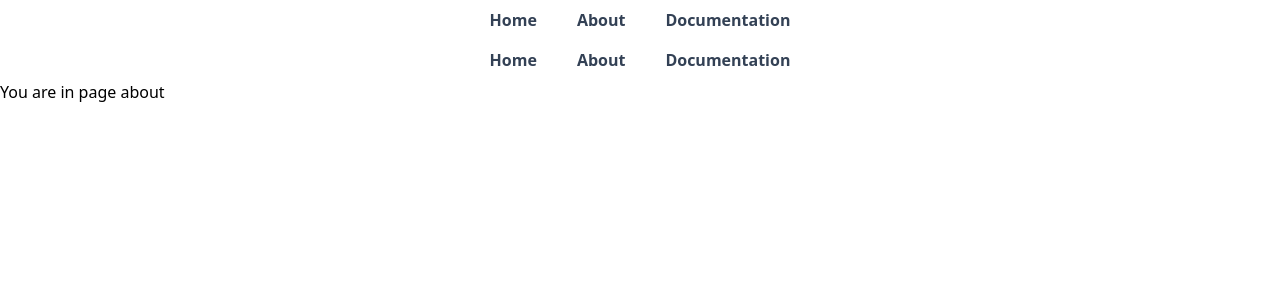
Repository: my-code-pot/courseview
Page: /about
An editor plug-in stored every save of this project. The page is shown before and after the next save, followed by the edit.
The browser window is 1280 px wide. The pictures show the whole page.
The project was rebuilt for these pictures with package versions that can differ from the ones it lists, and the page was loaded fresh each time. The framework's server and built-in components were replaced by stand-ins that run in the browser. Also part of the build but not shown: next.config.js.

Above is the page before, as saved 2022-02-06 21:43:11.

### pages/_app.js
import Layout from "../components/Layout";
import "../styles/global.css";
import { createGlobalStyle, ThemeProvider } from "styled-components";

const GlobalStyle = createGlobalStyle`
  body {
    margin: 0;
    padding: 0;
    box-sizing: border-box;
  }
`;

const theme = {
  colors: {
    primary: "#0070f3",
  },
};

function MyApp({ Component, pageProps }) {
  return (
    <>
      <GlobalStyle />
      <ThemeProvider theme={theme}>
        <Layout>
        <Component {...pageProps} />
        </Layout>
      </ThemeProvider>
    </>
  );
}

export default MyApp;

### pages/[course]/index.js
import React from 'react';
import { useRouter } from 'next/router';
import Navbar from '../../components/Navbar';

const index = () => {
    const router = useRouter();
    const { course } = router.query;
  return <div>
      <Navbar />
      You are in page {course}
  </div>;
};

export async function getStaticPath() {
    pages = ["34", "35", "36"];
    return pages.map(item => ({
        params: {
            course: item
        },
        fallback: false
    }));
}

export default index;

### components/Layout.js
import React from 'react';
import Navbar from './Navbar'
import Footer from './Footer'

const Layout = ({children}) => {
  return (
    <div>
        <Navbar />
        {children}
        <Footer />
    </div>
  )
};

export default Layout;

### styles/global.css

@import "tailwindcss/tailwind.css";

@import "tailwindcss/base";
@import "tailwindcss/components";
@import "tailwindcss/utilities";

### components/Navbar.js
import React from "react";
import styled from "styled-components";
import Link from "next/link";

const Navbar = () => {
  return (
    <nav className="flex justify-center space-x-4">
      <Link href="/">
        <a
          href=""
          className="font-bold px-3 py-2 text-slate-700 rounded-lg hover:bg-slate-100 hover:text-slate-900"
        >
          Home
        </a>
      </Link>
      <a
        href="/about"
        className="font-bold px-3 py-2 text-slate-700 rounded-lg hover:bg-slate-100 hover:text-slate-900"
      >
        About
      </a>
      <a
        href="/doc"
        className="font-bold px-3 py-2 text-slate-700 rounded-lg hover:bg-slate-100 hover:text-slate-900"
      >
        Documentation
      </a>
    </nav>
  );
};

export default Navbar;

Loaded but not shown: pages/_document.js (common file); components/Footer.js (common file); tailwind.config.js (common file)

After the next save:
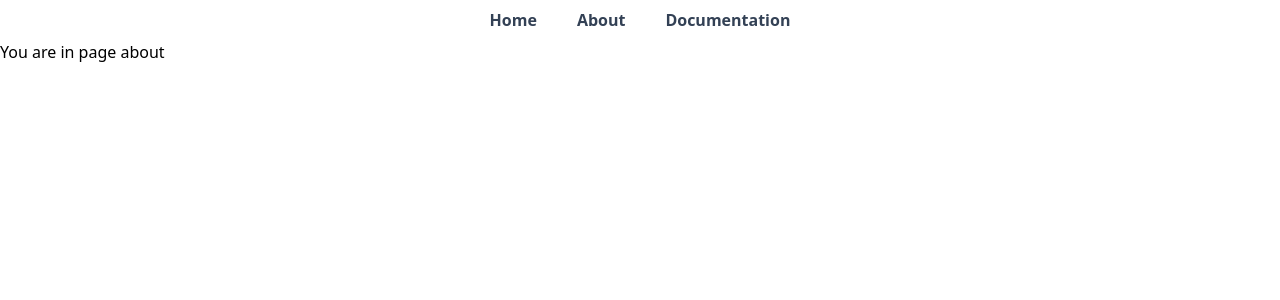
Saved 30 s later.
--- a/pages/[course]/index.js
+++ b/pages/[course]/index.js
@@ -6,7 +6,6 @@ const index = () => {
     const router = useRouter();
     const { course } = router.query;
   return <div>
-      <Navbar />
       You are in page {course}
   </div>;
 };
